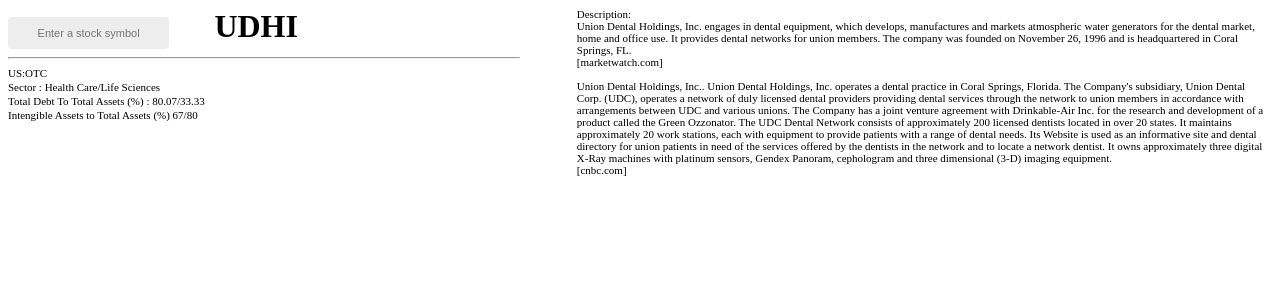
Repository: hadi4172/halal-stock-scanner
Page: popup.html
An editor plug-in stored every save of this project. The page is shown before and after the next save, followed by the edit.
The browser window is 1280 px wide. The pictures show the whole page.

Above is the page before, as saved 2020-09-24 18:44:02.

### popup.html
<!DOCTYPE html>
<html>

<head>
    <title>Halal Stock Scanner</title>
    <meta charset="UTF-8">
    <link rel="stylesheet" href="SimpleBar/simplebar.css" />
    <link rel="stylesheet" href="font-awesome/font-awesome.min.css">
    <link rel="stylesheet" type="text/css" href="popup.css">
    <script src="popup.js"></script>
    <script src="SimpleBar/simplebar.min.js"></script>
</head>

<body>
    <div id=left>
        <input id=input type=text maxlength=5 placeholder="Enter a stock symbol" />
        <i id=search-btn class="fa fa-search fa-lg"></i>
        <i id=settings-btn class="fa fa-cog fa-lg"></i>
        <span id=symbol>UDHI</span>
        <i id=icon-is-correct-or-no class="fa fa-exclamation-triangle fa-2x"></i>
        <div style="width:90%">
            <hr>
            <div id=market class=info>US:OTC</div>
            <div id=sector class=info>Sector : Health Care/Life Sciences</div>
            <div id=debt-to-assets class=info>Total Debt To Total Assets (%) : 80.07/33.33</div>
            <div id=intengible-assets-to-total-assets class=info>Intengible Assets to Total Assets (%) 67/80 </div>
        </div>
    </div>

    <div id=right>
        <div id=description data-simplebar>
            Description: <br />
            Union Dental Holdings, Inc. engages in dental equipment, which develops, manufactures and markets
            atmospheric water generators for the dental market, home and office use. It provides dental networks for
            union members. The company was founded on November 26, 1996 and is headquartered in Coral Springs, FL.<br />
            [marketwatch.com]<br /><br />
            Union Dental Holdings, Inc.. Union Dental Holdings, Inc. operates a dental practice in Coral Springs,
            Florida. The Company's subsidiary, Union Dental Corp. (UDC), operates a network of duly licensed dental
            providers providing dental services through the network to union members in accordance with arrangements
            between UDC and various unions. The Company has a joint venture agreement with Drinkable-Air Inc. for the
            research and development of a product called the Green Ozzonator. The UDC Dental Network consists of
            approximately 200 licensed dentists located in over 20 states. It maintains approximately 20 work stations,
            each with equipment to provide patients with a range of dental needs. Its Website is used as an informative
            site and dental directory for union patients in need of the services offered by the dentists in the network
            and to locate a network dentist. It owns approximately three digital X-Ray machines with platinum sensors,
            Gendex Panoram, cephologram and three dimensional (3-D) imaging equipment.<br />
            [cnbc.com]
        </div>
    </div>
</body>

</html>

### SimpleBar/simplebar.css
[data-simplebar] {
  position: relative;
  flex-direction: column;
  flex-wrap: wrap;
  justify-content: flex-start;
  align-content: flex-start;
  align-items: flex-start;
}

.simplebar-wrapper {
  overflow: hidden;
  width: inherit;
  height: inherit;
  max-width: inherit;
  max-height: inherit;
}

.simplebar-mask {
  direction: inherit;
  position: absolute;
  overflow: hidden;
  padding: 0;
  margin: 0;
  left: 0;
  top: 0;
  bottom: 0;
  right: 0;
  width: auto !important;
  height: auto !important;
  z-index: 0;
}

.simplebar-offset {
  direction: inherit !important;
  box-sizing: inherit !important;
  resize: none !important;
  position: absolute;
  top: 0;
  left: 0;
  bottom: 0;
  right: 0;
  padding: 0;
  margin: 0;
  -webkit-overflow-scrolling: touch;
}

.simplebar-content-wrapper {
  direction: inherit;
  box-sizing: border-box !important;
  position: relative;
  display: block;
  height: 100%; /* Required for horizontal native scrollbar to not appear if parent is taller than natural height */
  width: auto;
  visibility: visible;
  max-width: 100%; /* Not required for horizontal scroll to trigger */
  max-height: 100%; /* Needed for vertical scroll to trigger */
  scrollbar-width: none;
  -ms-overflow-style: none;
}

.simplebar-content-wrapper::-webkit-scrollbar,
.simplebar-hide-scrollbar::-webkit-scrollbar {
  width: 0;
  height: 0;
}

.simplebar-content:before,
.simplebar-content:after {
  content: ' ';
  display: table;
}

.simplebar-placeholder {
  max-height: 100%;
  max-width: 100%;
  width: 100%;
  pointer-events: none;
}

.simplebar-height-auto-observer-wrapper {
  box-sizing: inherit !important;
  height: 100%;
  width: 100%;
  max-width: 1px;
  position: relative;
  float: left;
  max-height: 1px;
  overflow: hidden;
  z-index: -1;
  padding: 0;
  margin: 0;
  pointer-events: none;
  flex-grow: inherit;
  flex-shrink: 0;
  flex-basis: 0;
}

.simplebar-height-auto-observer {
  box-sizing: inherit;
  display: block;
  opacity: 0;
  position: absolute;
  top: 0;
  left: 0;
  height: 1000%;
  width: 1000%;
  min-height: 1px;
  min-width: 1px;
  overflow: hidden;
  pointer-events: none;
  z-index: -1;
}

.simplebar-track {
  z-index: 1;
  position: absolute;
  right: 0;
  bottom: 0;
  pointer-events: none;
  overflow: hidden;
}

[data-simplebar].simplebar-dragging .simplebar-content {
  pointer-events: none;
  user-select: none;
  -webkit-user-select: none;
}

[data-simplebar].simplebar-dragging .simplebar-track {
  pointer-events: all;
}

.simplebar-scrollbar {
  position: absolute;
  left: 0;
  right: 0;
  min-height: 10px;
}

.simplebar-scrollbar:before {
  position: absolute;
  content: '';
  background: black;
  border-radius: 7px;
  left: 2px;
  right: 2px;
  opacity: 0;
  transition: opacity 0.2s linear;
}

.simplebar-scrollbar.simplebar-visible:before {
  /* When hovered, remove all transitions from drag handle */
  opacity: 0.5;
  transition: opacity 0s linear;
}

.simplebar-track.simplebar-vertical {
  top: 0;
  width: 11px;
}

.simplebar-track.simplebar-vertical .simplebar-scrollbar:before {
  top: 2px;
  bottom: 2px;
}

.simplebar-track.simplebar-horizontal {
  left: 0;
  height: 11px;
}

.simplebar-track.simplebar-horizontal .simplebar-scrollbar:before {
  height: 100%;
  left: 2px;
  right: 2px;
}

.simplebar-track.simplebar-horizontal .simplebar-scrollbar {
  right: auto;
  left: 0;
  top: 2px;
  height: 7px;
  min-height: 0;
  min-width: 10px;
  width: auto;
}

/* Rtl support */
[data-simplebar-direction='rtl'] .simplebar-track.simplebar-vertical {
  right: auto;
  left: 0;
}

.hs-dummy-scrollbar-size {
  direction: rtl;
  position: fixed;
  opacity: 0;
  visibility: hidden;
  height: 500px;
  width: 500px;
  overflow-y: hidden;
  overflow-x: scroll;
}

.simplebar-hide-scrollbar {
  position: fixed;
  left: 0;
  visibility: hidden;
  overflow-y: scroll;
  scrollbar-width: none;
  -ms-overflow-style: none;
}

### popup.css
/* * {
    border: 1px black dotted;
} */

body{
    display:flex;
}

#right{
    width:55%
}

#left{
    width:45%
}

#description{
    height: 90vh;
}

#input{
    max-width: 60%;
    font-size: 11px;
    border: none;
    background: hsl(0 0% 93%);
    border-radius: .25rem;
    padding: .6rem;
}

::placeholder {
    text-align: center;
}

#description{
    font-size: 11px;
}

#symbol{
    font-size: 2em;
    font-weight: bolder;
}

.info{
    font-size: 11px;
    margin-bottom: 2px;
}

Loaded but not shown: font-awesome/font-awesome.min.css (library); SimpleBar/simplebar.min.js (library); popup.js (no copy from this time; the picture is the same without it)

After the next save:
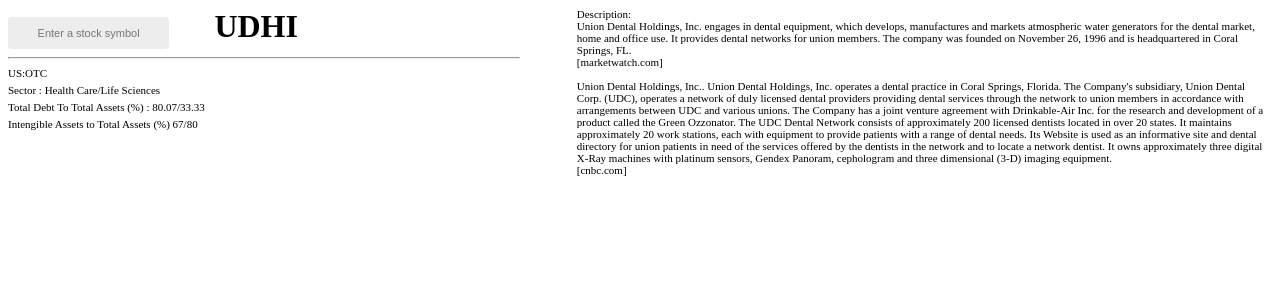
Saved 12 s later.
--- a/popup.css
+++ b/popup.css
@@ -42,5 +42,5 @@
 
 .info{
     font-size: 11px;
-    margin-bottom: 2px;
+    margin-bottom: 5px;
 }
